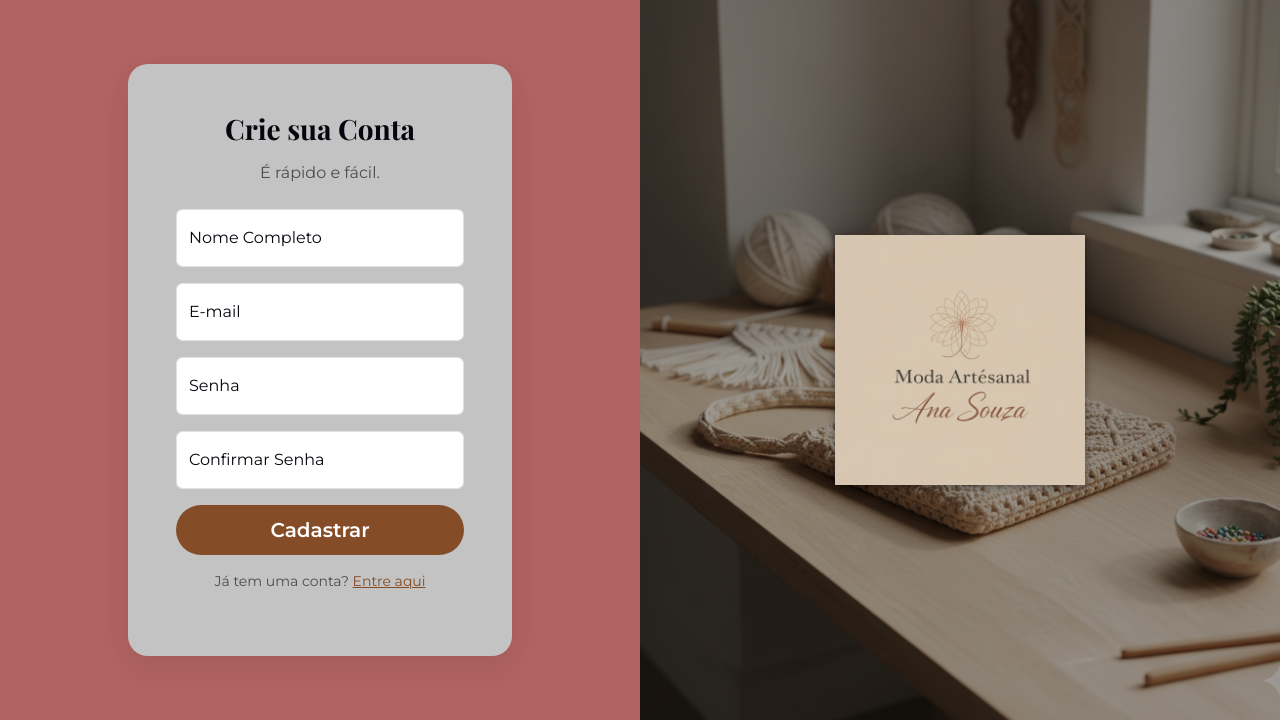
Repository: Lucascsg/projeto-anasouza-frontend
Page: cadastro.html
The author's editor kept a copy of each file at every save. The page is drawn from the files as they stood at one save, then again after the next save.
The browser window is 1280 px wide. The pictures show the whole page.

Above is the page before, as saved 2025-10-22 00:13:47.

After the next save:
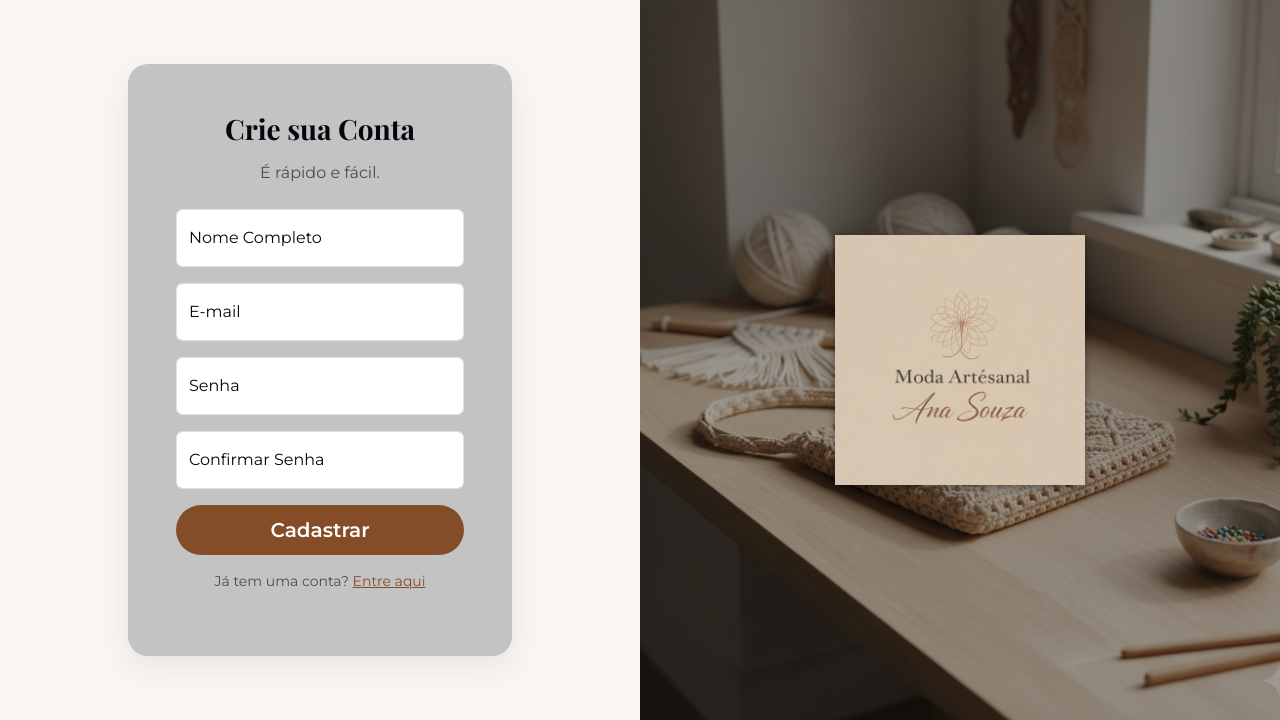
Saved 3 min 56 s later.
--- a/cadastro.html
+++ b/cadastro.html
@@ -10,73 +10,66 @@
     <link rel="preconnect" href="https://fonts.googleapis.com">
     <link rel="preconnect" href="https://fonts.gstatic.com" crossorigin>
     <link href="https://fonts.googleapis.com/css2?family=Montserrat:wght@400;500;600&family=Playfair+Display:wght@700&family=Great+Vibes&display=swap" rel="stylesheet">
-
     <style>
-        /* Estilo para garantir altura total e split screen */
-        body, html { height: 100%; margin: 0; overflow: hidden; }
-        .split-container { display: flex; min-height: 100vh; }
-        .split-image {
-            background: url('imagens/backlog4.png') no-repeat center center/cover; /* SUA IMAGEM DE FUNDO AQUI */
-            flex: 1;
-            position: relative;
-            display: flex;
-            align-items: center;
-            justify-content: center;
-            padding: 2rem; /* Adiciona um respiro */
-        }
-        .split-form {
-            flex: 1;
-            display: flex;
-            align-items: center;
-            justify-content: center;
-            padding: 2rem;
-            background-color: #B16262;
-            overflow-y: auto;
-        }
-
-        /* Overlay sobre a imagem */
-        .split-image::before {
-            content: '';
-            position: absolute;
-            top: 0; left: 0;
-            width: 100%; height: 100%;
-            background: rgba(0, 0, 0, 0.35);
-            z-index: 1;
-        }
-
-        /* --- ATUALIZADO: Estilo para a IMAGEM do logo --- */
-        .image-logo {
-            position: relative;
-            z-index: 2;
-            text-align: center;
-            max-width: 250px; /* Limita a largura máxima do logo */
-            width: 70%;       /* Faz o logo ocupar 70% do espaço disponível */
-        }
-        .image-logo img {
-            /* Adiciona um leve filtro para o logo "flutuar" melhor sobre fundos variados */
-            filter: drop-shadow(0px 2px 4px rgba(0,0,0,0.4));
-        }
-
-        /* Ajuste para telas menores */
-        @media (max-width: 767px) {
-            .split-container { flex-direction: column-reverse; }
-            .split-image {
-                min-height: 200px; /* Altura menor para o logo no mobile */
-                flex: none;
-                padding: 1rem; /* Menos respiro */
-            }
-            .image-logo { /* Logo na imagem é ajustado no mobile */
-                max-width: 180px; /* Logo menor no mobile */
-                width: 60%;
-            }
-            .split-form { padding: 1.5rem; }
-            .form-logo { display: block !important; }
-             /* Esconde o logo grande da imagem no mobile, mostra o pequeno do form */
-             /* .image-logo { display: none !important; } */ /* Descomente se preferir esconder totalmente no mobile */
-        }
-        @media (min-width: 768px) {
-            .form-logo { display: none; }
-        }
+       /* Estilo para garantir altura total e split screen */
+       body, html { height: 100%; margin: 0; overflow: hidden; }
+       .split-container { display: flex; min-height: 100vh; }
+       .split-image {
+           background: url('imagens/backlog4.png') no-repeat center center/cover; /* SUA IMAGEM DE FUNDO AQUI */
+           flex: 1;
+           position: relative;
+           display: flex;
+           align-items: center;
+           justify-content: center;
+           padding: 2rem;
+       }
+       .split-form {
+           flex: 1;
+           display: flex;
+           align-items: center;
+           justify-content: center;
+           padding: 2rem;
+           background-color: var(--cor-fundo-claro);
+           overflow-y: auto;
+       }
+       .split-image::before {
+           content: '';
+           position: absolute;
+           top: 0; left: 0;
+           width: 100%; height: 100%;
+           background: rgba(0, 0, 0, 0.35);
+           z-index: 1;
+       }
+       .image-logo {
+           position: relative;
+           z-index: 2;
+           text-align: center;
+           max-width: 250px;
+           width: 70%;
+       }
+       .image-logo a {
+           display: inline-block;
+       }
+       .image-logo img {
+           filter: drop-shadow(0px 2px 4px rgba(0,0,0,0.4));
+       }
+       @media (max-width: 767px) {
+           .split-container { flex-direction: column-reverse; }
+           .split-image {
+               min-height: 200px;
+               flex: none;
+               padding: 1rem;
+           }
+           .image-logo {
+               max-width: 180px;
+               width: 60%;
+           }
+           .split-form { padding: 1.5rem; }
+           .form-logo { display: block !important; }
+       }
+       @media (min-width: 768px) {
+           .form-logo { display: none; }
+       }
     </style>
 </head>
 <body>
@@ -125,9 +118,8 @@
 
         <div class="split-image d-none d-md-flex">
             <div class="image-logo">
-                    <img src="imagens/logo.png" alt="Logo Ana Souza" class="img-fluid">
-                </a>
-            </div>
+                <a href="index.html"> <img src="imagens/logo.png" alt="Logo Ana Souza" class="img-fluid">
+                </a> </div>
         </div>
 
     </div>

After the save that followed:
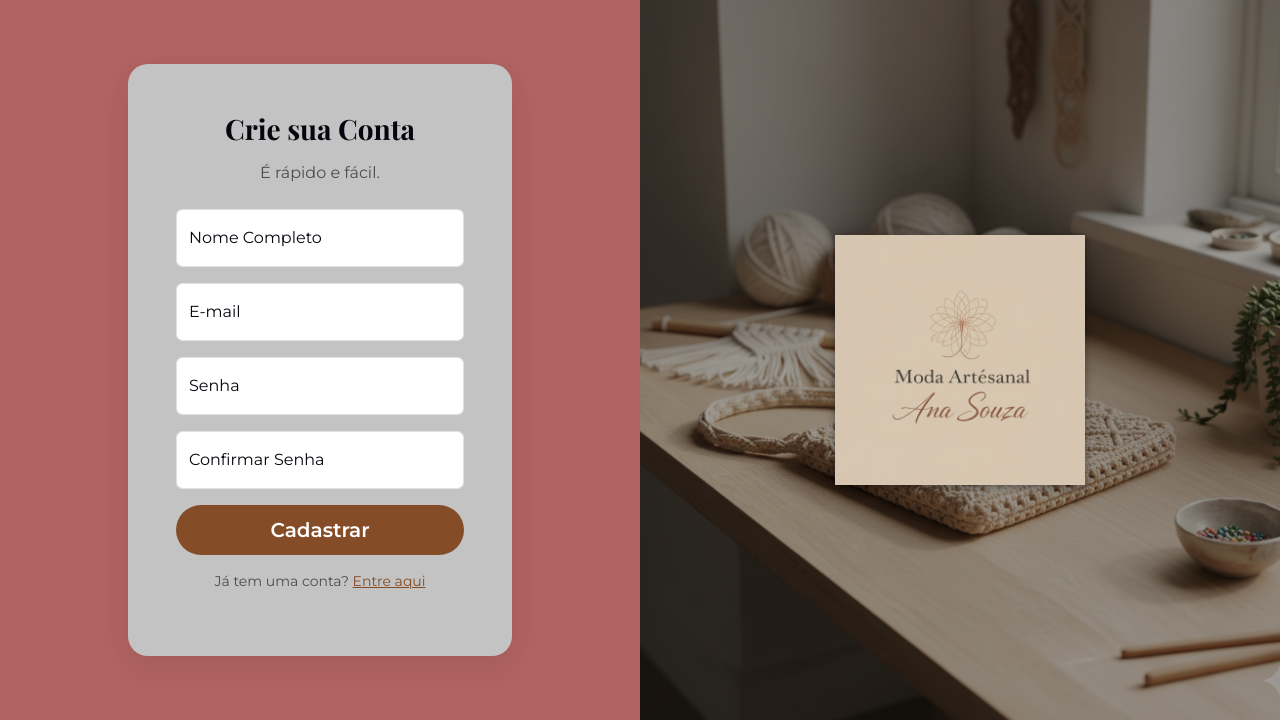
Saved 111 s later.
--- a/cadastro.html
+++ b/cadastro.html
@@ -29,7 +29,7 @@
            align-items: center;
            justify-content: center;
            padding: 2rem;
-           background-color: var(--cor-fundo-claro);
+           background-color:#B16262;
            overflow-y: auto;
        }
        .split-image::before {
